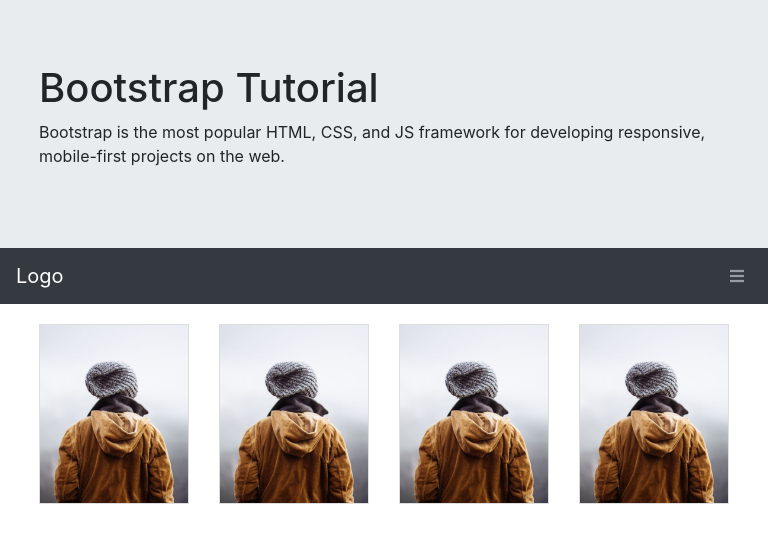
Repository: jwsimhj97/jwork_n
Page: JSPProject/WebContent/03-08/bootexam.html
These files come from the project's save history. The page is drawn as it stood at one moment and after the next save; the edit follows.
The browser window is 768 px wide. The pictures show the whole page.

Above is the page before, as saved 2022-03-08 06:39:51.

After the next save:
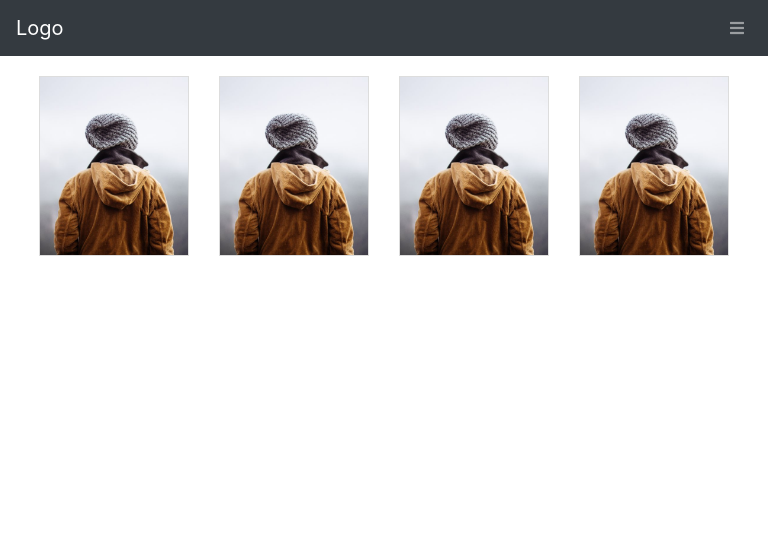
Saved 21 s later.
--- a/JSPProject/WebContent/03-08/bootexam.html
+++ b/JSPProject/WebContent/03-08/bootexam.html
@@ -18,6 +18,7 @@
   	@media screen and (max-width:992px){
   		#lgNav{display:none;}
   		#smNav{visibility:visible;}
+  		.jumbotron{display:none;}
   	}
   	/*lg사이즈 보다 클 때(이상)*/
   	@media screen and (min-width:992px){
